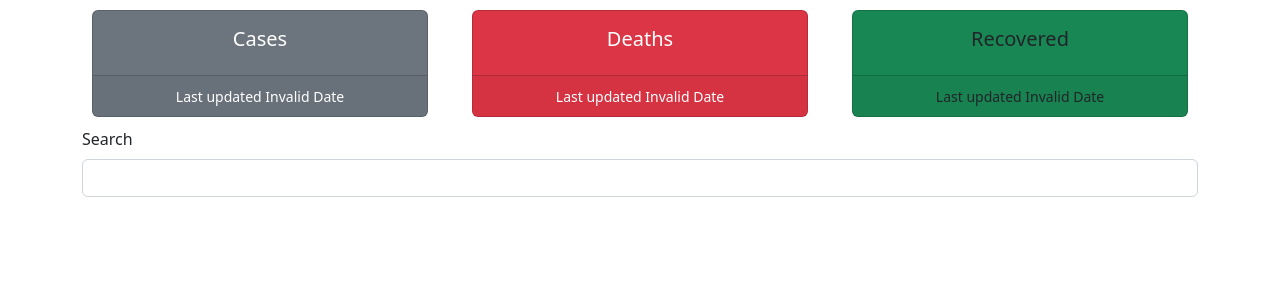
Repository: azizdeghais/CovidTracker
Page: /
The author's editor kept a copy of each file at every save. The page is drawn from the files as they stood at one save, then again after the next save.
The browser window is 1280 px wide. The pictures show the whole page.
The page's requests for data from a server got no answer. The project was rebuilt for these pictures with package versions that can differ from the ones it lists, and the page was loaded fresh each time. No one was signed in, and anything a server would have sent is missing. Also part of the build but not shown: vite.config.js.

Above is the page before, as saved 2023-03-09 16:24:32.

After the next save:
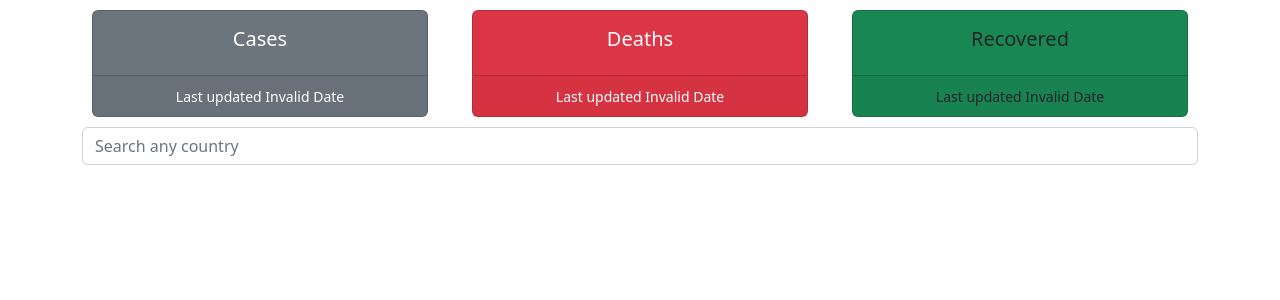
Saved 33 s later.
--- a/src/App.jsx
+++ b/src/App.jsx
@@ -109,8 +109,7 @@ function App() {
       </Row>
       <Form>
       <Form.Group>
-        <Form.Label>Search</Form.Label>
-        <Form.Control/>
+        <Form.Control type='text' placeholder='Search any country' />
       </Form.Group>
       </Form>
       <div className='countries-list'>
